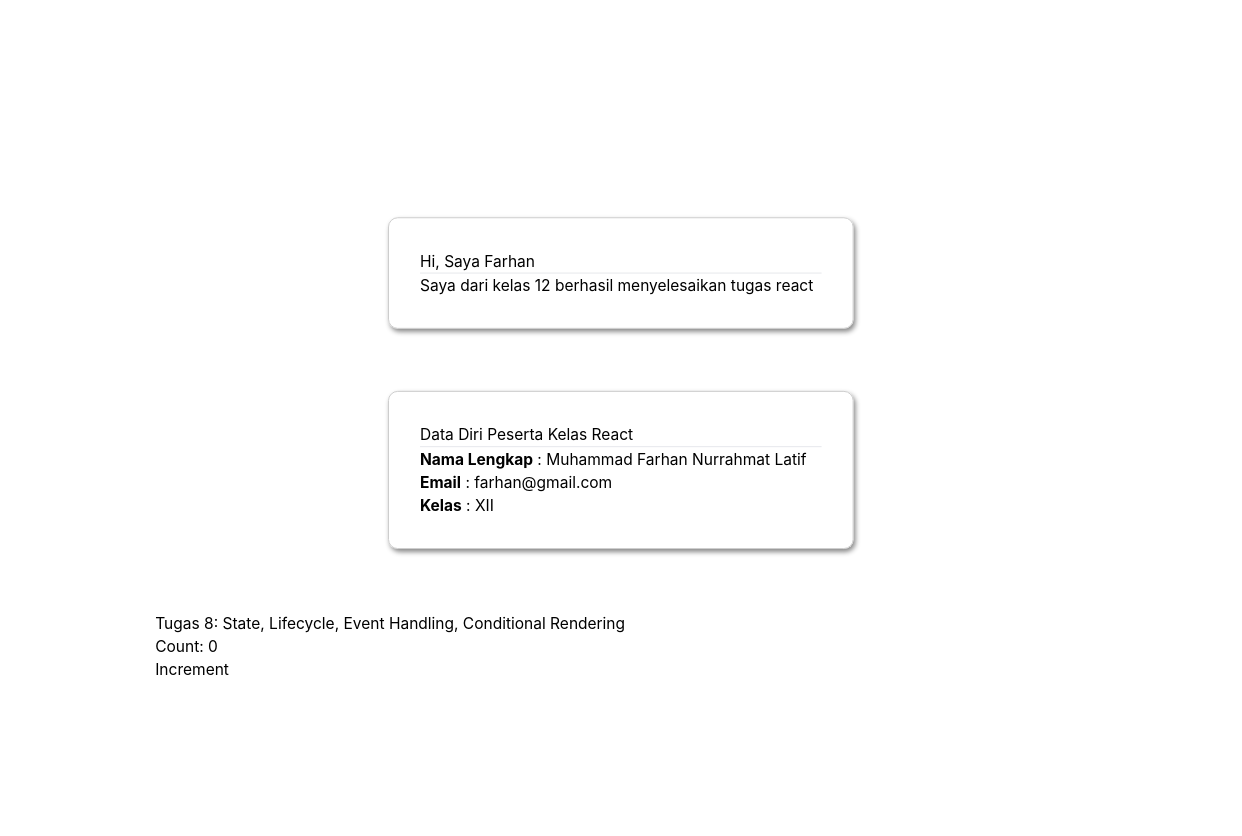
Repository: mfarhannr/Tugas-Reactjs_Farhan
Page: /
The author's editor kept a copy of each file at every save. The page is drawn from the files as they stood at one save, then again after a run of saves.
The browser window is 1280 px wide. The pictures show the whole page, at 97% of full size.
The project was rebuilt for these pictures with package versions that can differ from the ones it lists, and the page was loaded fresh each time.

Above is the page before, as saved 2024-05-06 15:10:06.

After the next 4 saves:
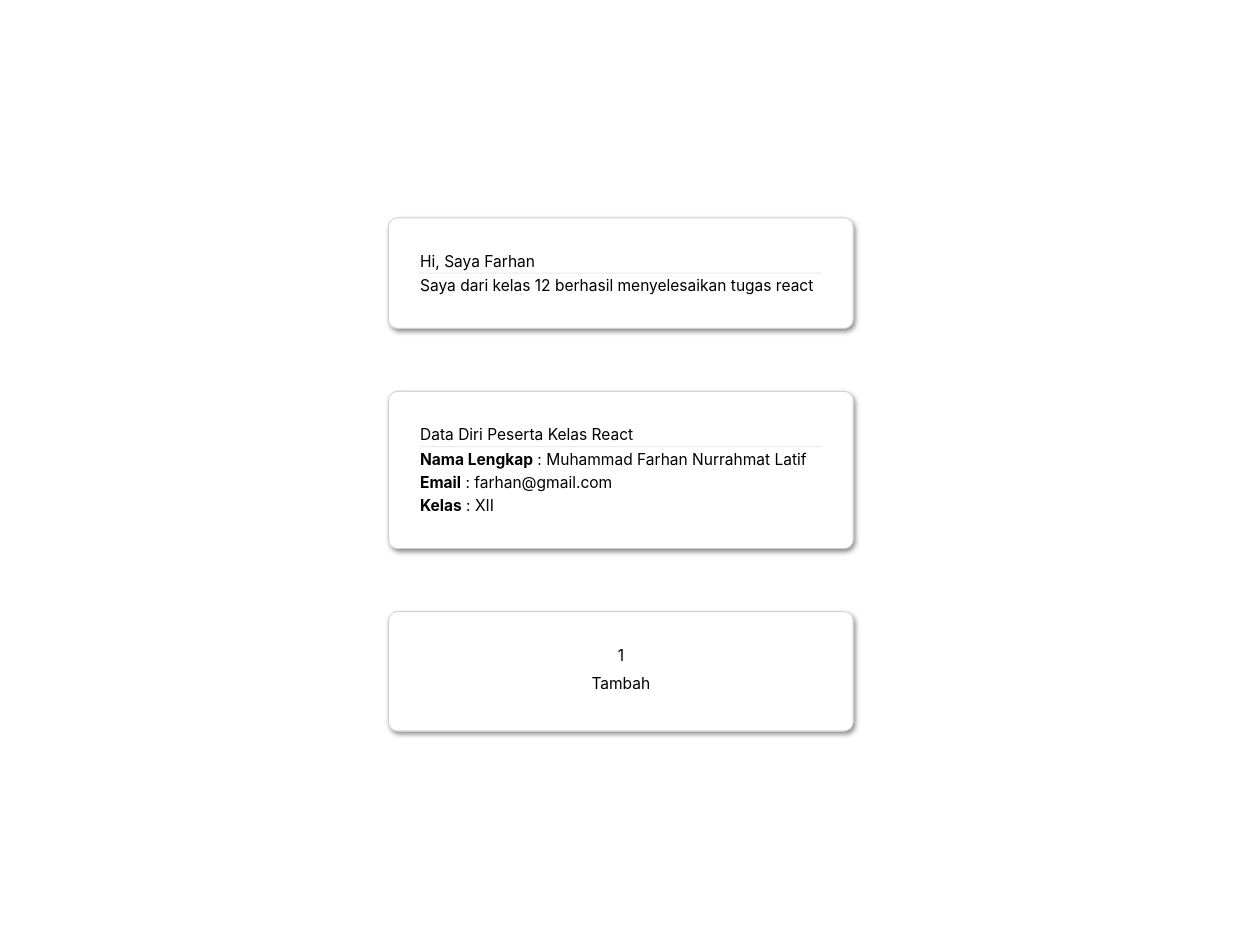
The 4 saves are shown as one change because they came seconds apart.
The last was saved 16 s later.
--- a/src/tugas8/tugas8.js
+++ b/src/tugas8/tugas8.js
@@ -3,7 +3,7 @@ class Tugas8 extends Component {
   constructor(props) {
     super(props);
     this.state = {
-      count: 0
+      count:1
     };
   }
 
@@ -14,13 +14,12 @@ class Tugas8 extends Component {
   render() {
     const { count } = this.state;
     return (
-      <div className="tugas8-container">
-        <h2>Tugas 8: State, Lifecycle, Event Handling, Conditional Rendering</h2>
-        <p>Count: {count}</p>
+      <div className="Card8">
+        <p>{count}</p>
         {count > 10 ? (
           <p>sudah lebih dari 10</p>
         ) : (
-          <button onClick={this.handleIncrement}>Increment</button>
+          <button className="tambah"  onClick={this.handleIncrement}>Tambah</button>
         )}
       </div>
     );
